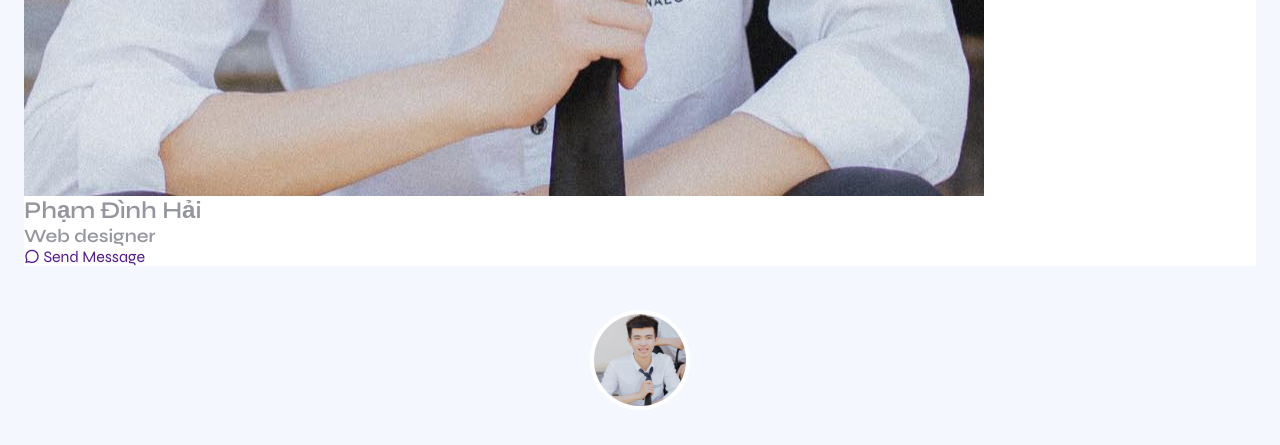
Repository: dinhhaidh/Profile
Page: index.html
An editor plug-in stored every save of this project. The page is shown before and after a run of saves, followed by the edit.
The browser window is 1280 px wide. The pictures show the whole page.
Some web libraries are served in a nearby version.

Above is the page before, as saved 2024-02-29 09:11:01.

After the next 2 saves:
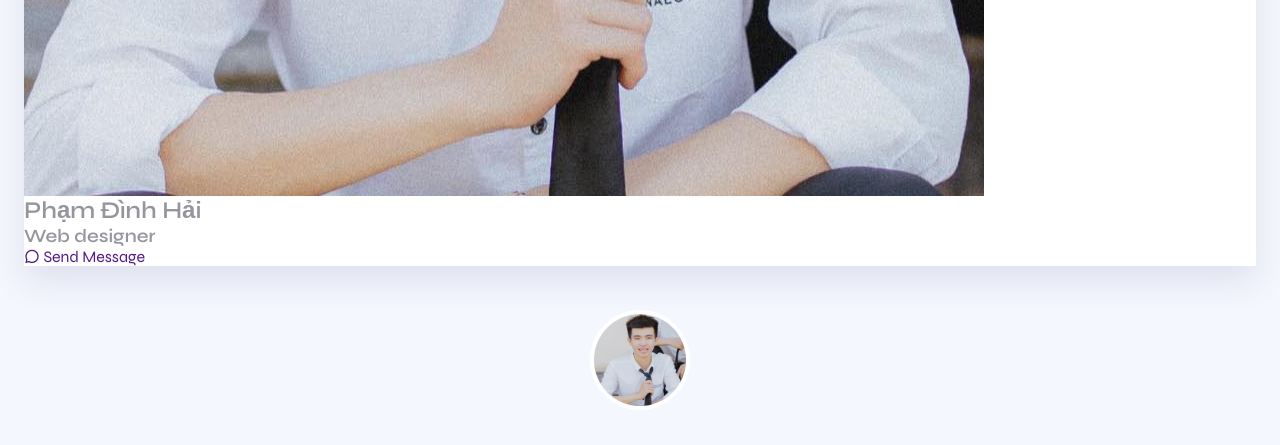
The 2 saves are shown as one change because they came seconds apart.
The last was saved 6 s later.
--- a/style.css
+++ b/style.css
@@ -87,7 +87,7 @@ img {
     position: relative;
     width: calc(100vw - 3rem);
     background-color: var(--container-color);
-    box-shadow: 0 16px 32px hsla(230, 50%, );
+    box-shadow: 0 16px 32px hsla(230, 50%, 20%, .1);
 }
 .card__header{
 
